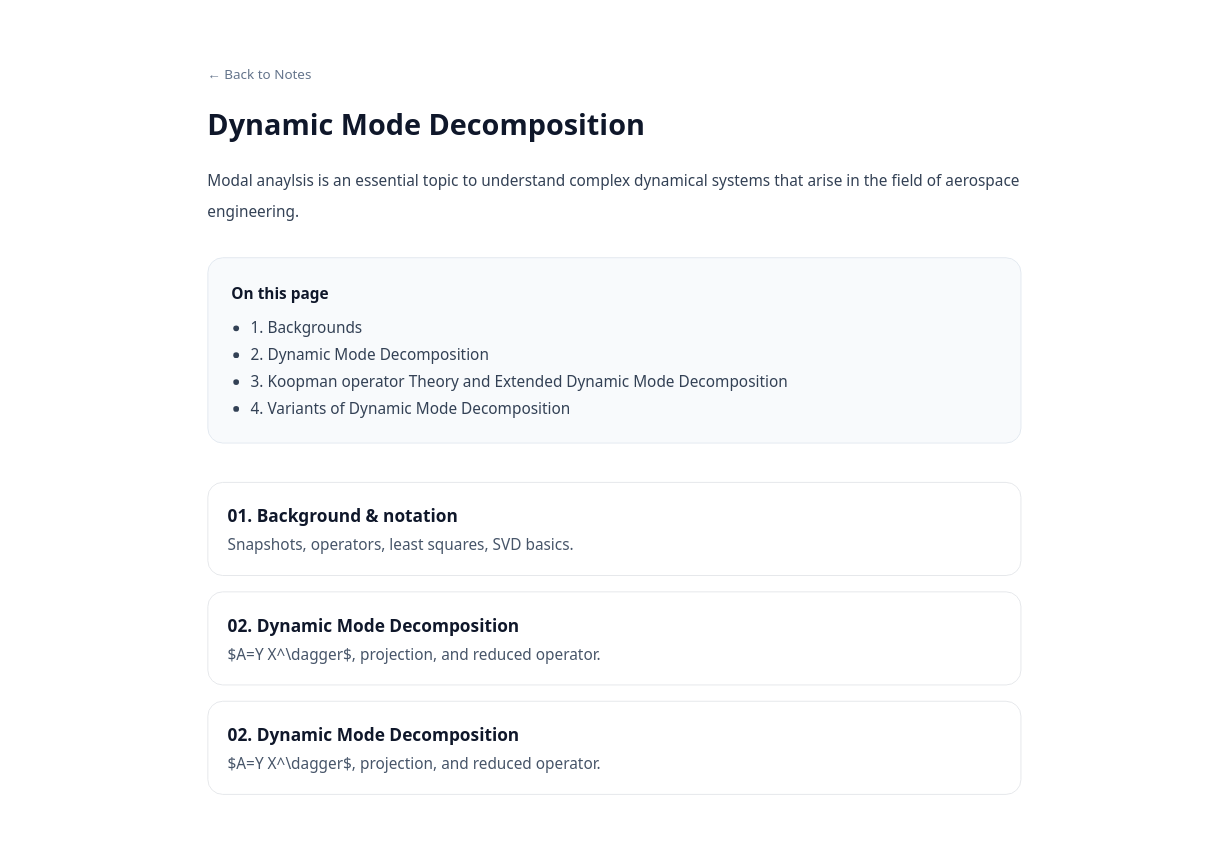
Repository: JWS625/JWS625.github.io
Page: notes/modal_analysis/index.html
These files come from the project's save history. The page is drawn as it stood at one moment and after the next save; the edit follows.
The browser window is 1280 px wide. The pictures show the whole page, at 96% of full size.
Some web libraries are served in a nearby version.

Above is the page before, as saved 2026-02-20 19:17:27.

After the next save:
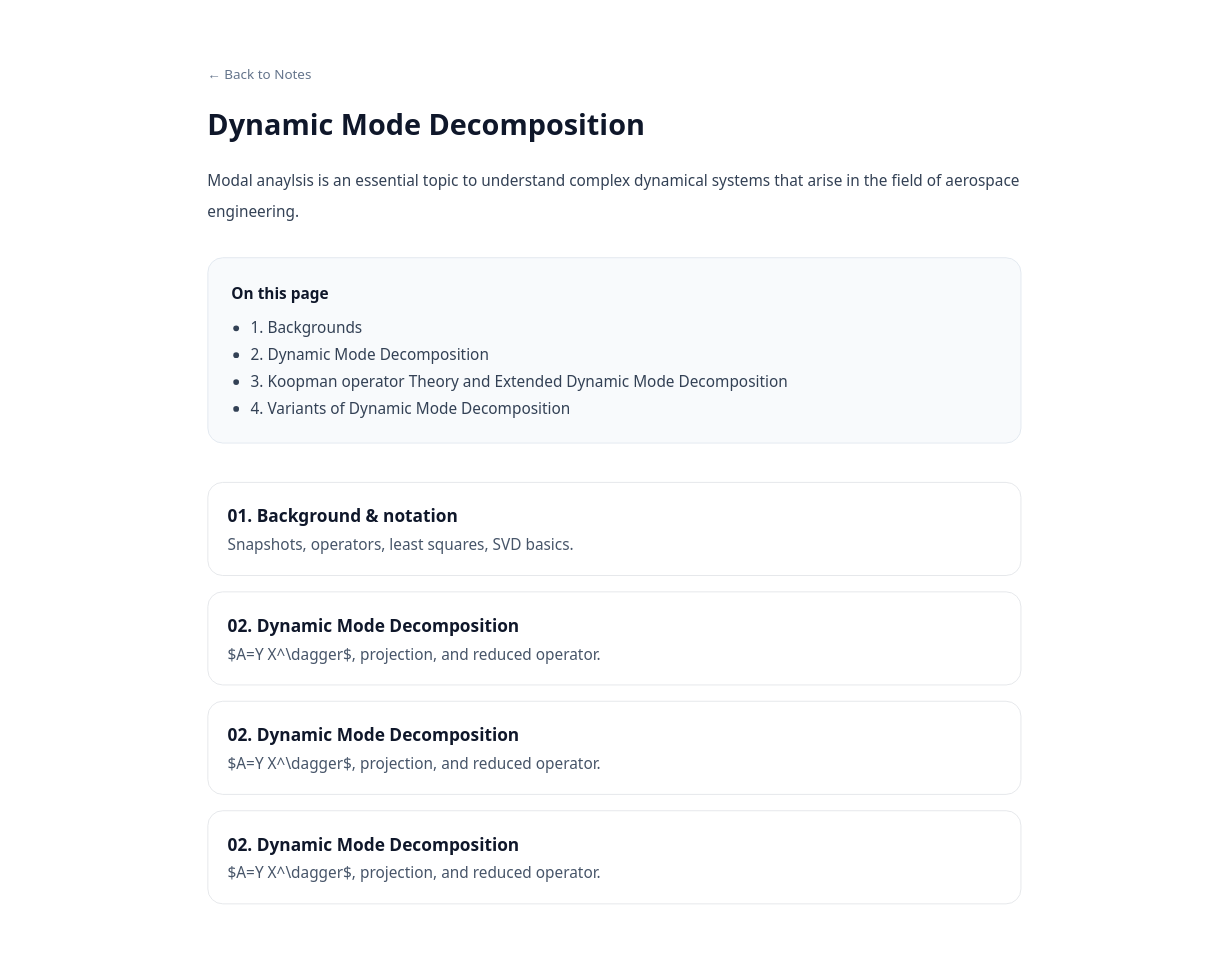
Saved 5 s later.
--- a/notes/modal_analysis/index.html
+++ b/notes/modal_analysis/index.html
@@ -41,6 +41,11 @@
       <p class="mt-1 text-slate-600">$A=Y X^\dagger$, projection, and reduced operator.</p>
     </a>
 
+    <a href="03_dynamics_mode_decomposition.html" class="block p-5 border rounded-2xl hover:bg-slate-50">
+      <h2 class="text-lg font-semibold">02. Dynamic Mode Decomposition</h2>
+      <p class="mt-1 text-slate-600">$A=Y X^\dagger$, projection, and reduced operator.</p>
+    </a>
+
     <a href="04_variant_of_dynamic_mode_decomposition.html" class="block p-5 border rounded-2xl hover:bg-slate-50">
       <h2 class="text-lg font-semibold">02. Dynamic Mode Decomposition</h2>
       <p class="mt-1 text-slate-600">$A=Y X^\dagger$, projection, and reduced operator.</p>
